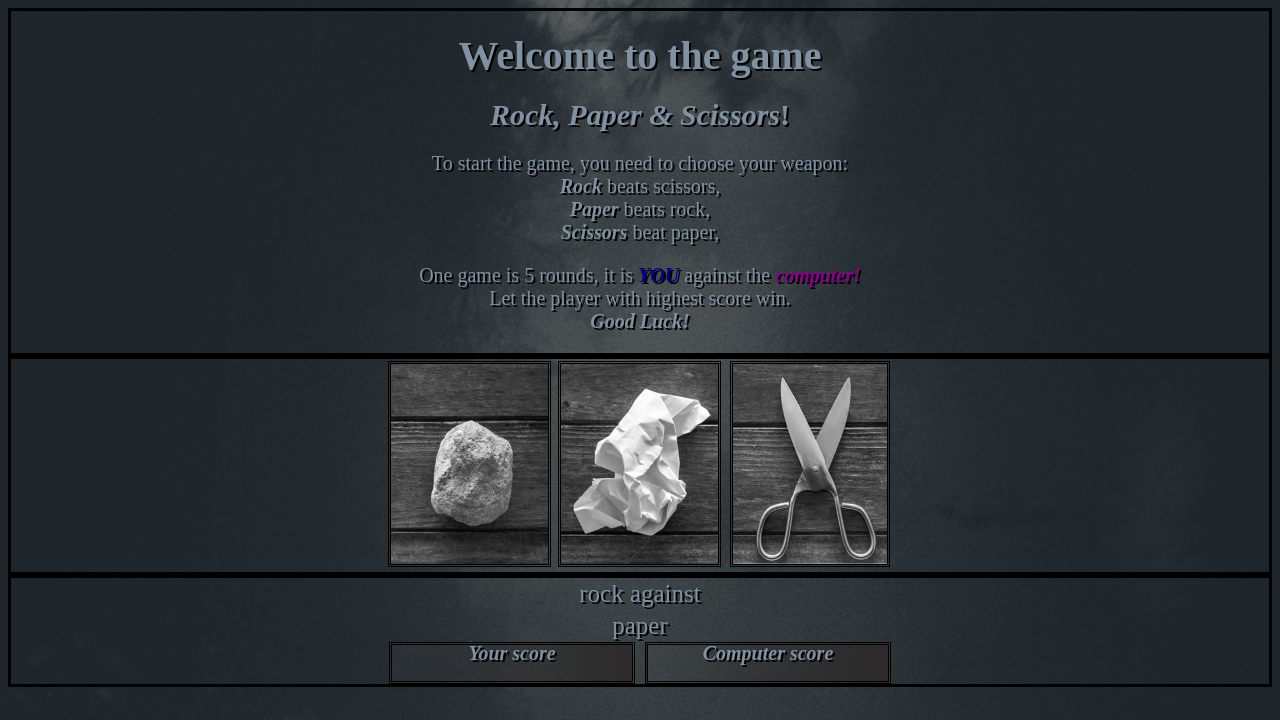
Repository: agneta1991/rock-paper-scissors
Page: Desktop/coding/index.html
These files come from the project's save history. The page is drawn as it stood at one moment and after the next save; the edit follows.
The browser window is 1280 px wide. The pictures show the whole page.
After loading, the first visible `button.rock` was clicked once.

Above is the page before, as saved 2023-03-03 11:13:03.

After the next save:
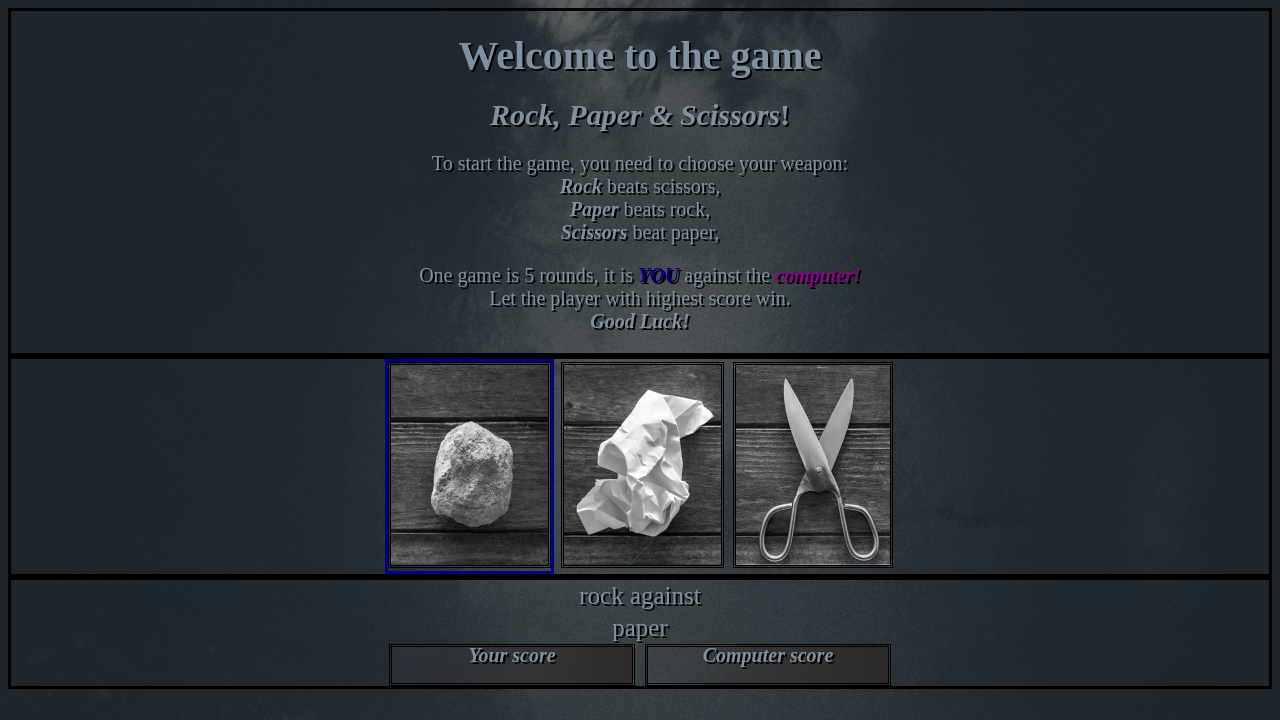
Saved 5 min 40 s later.
--- a/Desktop/coding/javascript.js
+++ b/Desktop/coding/javascript.js
@@ -13,19 +13,13 @@ btn.forEach((individualBtn)=>{
         let playerChoice = individualBtn.className;
         document.getElementById('playerChoice').innerHTML = playerChoice + ' against ';
 
-        if (playerChoice === 'rock'){
-            addColor();
-        }else rmColor();
-
-
-        if (playerChoice === 'paper'){
-            addColor();
-        }else rmColor();
-
-
-        if (playerChoice === 'scissors'){
-            addColor();
-        }else rmColor();
+        switch(playerChoice){
+            case 'rock': addColor();
+            break;
+            case 'paper': addColor();
+            break;
+            case 'scissors': addColor();
+        }
 
         function addColor(){
             individualBtn.style.border = 'solid darkblue';
